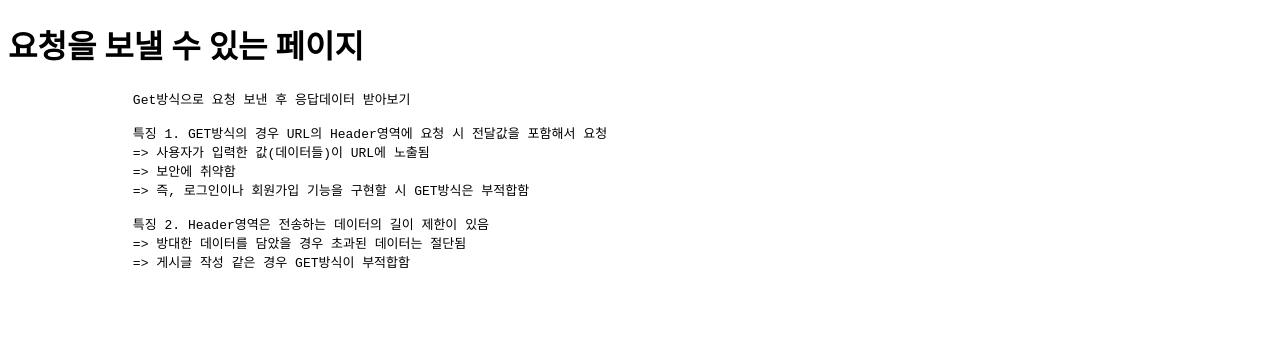
Repository: rlaehqkf/java_practice
Page: MyFirstWebProject/src/main/webapp/views/request_get.html
An editor plug-in stored every save of this project. The page is shown before and after the next save, followed by the edit.
The browser window is 1280 px wide. The pictures show the whole page.

Above is the page before, as saved 2026-05-04 03:42:43.

### MyFirstWebProject/src/main/webapp/views/request_get.html
<!DOCTYPE html>
<html>
<head>
<meta charset="UTF-8">
<title>요청을 보내야겠다~~</title>
</head>
<body>

	<h1>요청을 보낼 수 있는 페이지</h1>

	<pre>
		Get방식으로 요청 보낸 후 응답데이터 받아보기

		특징 1. GET방식의 경우 URL의 Header영역에 요청 시 전달값을 포함해서 요청
		=> 사용자가 입력한 값(데이터들)이 URL에 노출됨
		=> 보안에 취약함
		=> 즉, 로그인이나 회원가입 기능을 구현할 시 GET방식은 부적합함

		특징 2. Header영역은 전송하는 데이터의 길이 제한이 있음
		=> 방대한 데이터를 담았을 경우 초과된 데이터는 절단됨
		=> 게시글 작성 같은 경우 GET방식이 부적합함





	</pre>













</body>
</html>

After the next save:
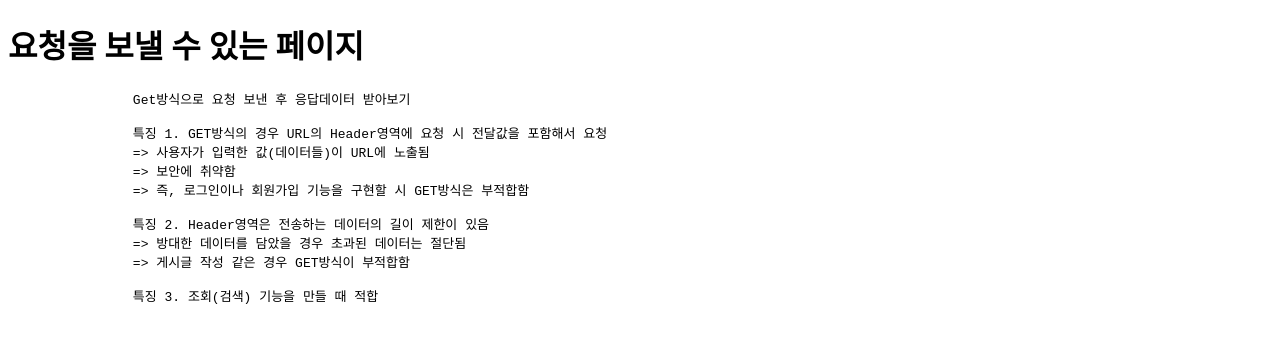
Saved 100 s later.
--- a/MyFirstWebProject/src/main/webapp/views/request_get.html
+++ b/MyFirstWebProject/src/main/webapp/views/request_get.html
@@ -20,7 +20,7 @@
 		=> 방대한 데이터를 담았을 경우 초과된 데이터는 절단됨
 		=> 게시글 작성 같은 경우 GET방식이 부적합함
 
-
+		특징 3. 조회(검색) 기능을 만들 때 적합
 
 
 
